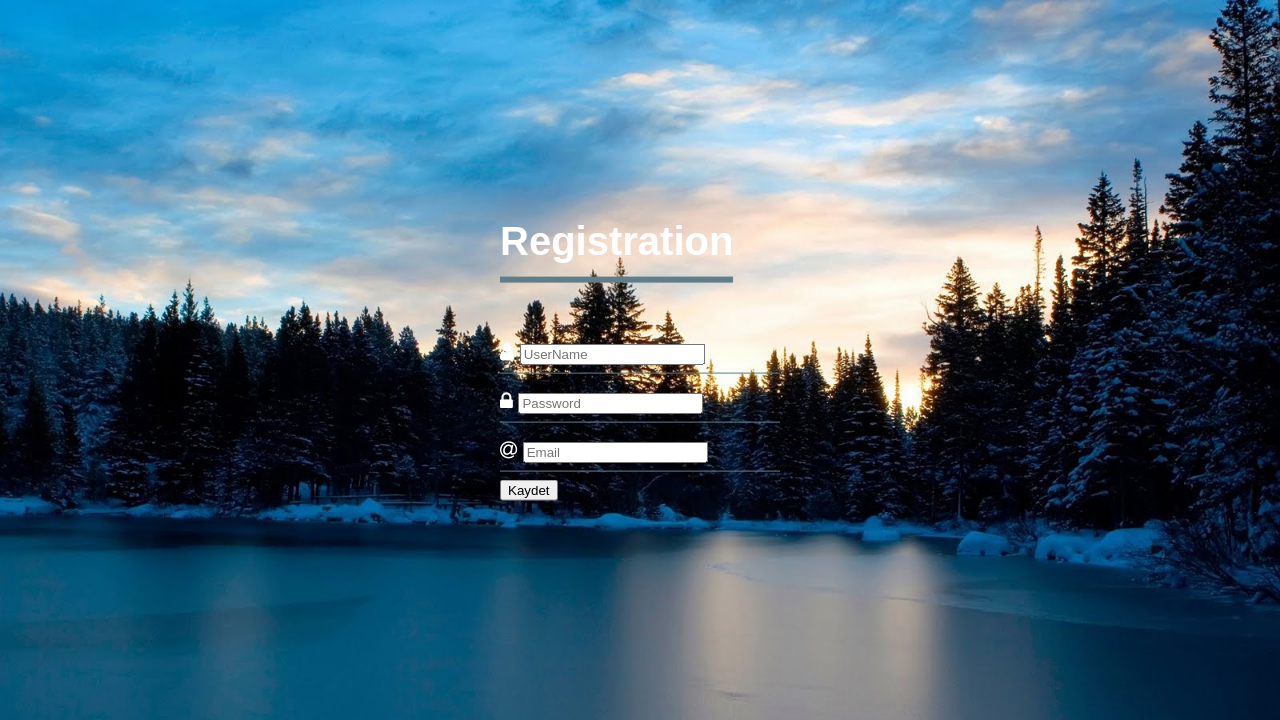
Repository: Berilinanir/Login-Logout-System
Page: Loginn/WebContent/registration.html
The author's editor kept a copy of each file at every save. The page is drawn from the files as they stood at one save, then again after the next save.
The browser window is 1280 px wide. The pictures show the whole page.

Above is the page before, as saved 2018-10-13 09:55:09.

### Loginn/WebContent/registration.html
<!DOCTYPE html>
<html>
<head>
<meta charset="ISO-8859-1">
<title>Insert title here</title>





<link rel="stylesheet" type="text/css" href="style.css">

</head>

<body >

  <form method="post" action="Main">

  <div class="registration-box">

  <h1>Registration</h1>

  <div class="textbox">

     <i class="fa fa-user" aria-hidden="true" ></i>

          <input type="text" placeholder="UserName"  name="" value="">
  </div>


   <div class="textbox">

     <i class="fa fa-lock" aria-hidden="true"></i>

         <input  type="password" placeholder="Password" name="" value="">

   </div>

  <div class="textbox">

      <i class="fa fa-at" aria-hidden="true"></i>

   <input type="email" placeholder="Email" name="" value="">

  </div>

  <input class="btn" type="button"  name="" value="Kaydet">
<pre>

</pre>
</form>
 </div>
</body>
</html>

### Loginn/WebContent/style.css
@charset "UTF-8";

@import "https://stackpath.bootstrapcdn.com/font-awesome/4.7.0/css/font-awesome.min.css";


body{

	margin:0;
	padding:0;
	font-family:sans-serif;
	background:url("resim2.jpg") no-repeat;
	background-size:cover;

}

.registration-box{

	  width:280px;
	  position:absolute;
	  top:50%;
	  left:50%;
	  transform:translate(-50%,-50%);
	  color:white;

}

.registration-box h1{

	float:left;
	font-size:40px;
	border-bottom:6px solid #607d8b;
	margin-bottom:50px;
	padding:13px 0

}

.textbox{

	width:100%;
	overflow:hidden;
	font-size:20px;
	padding:8px 0;
	margin:8px 0;
	border-bottom:1px solid #607d8b;
}

After the next save:
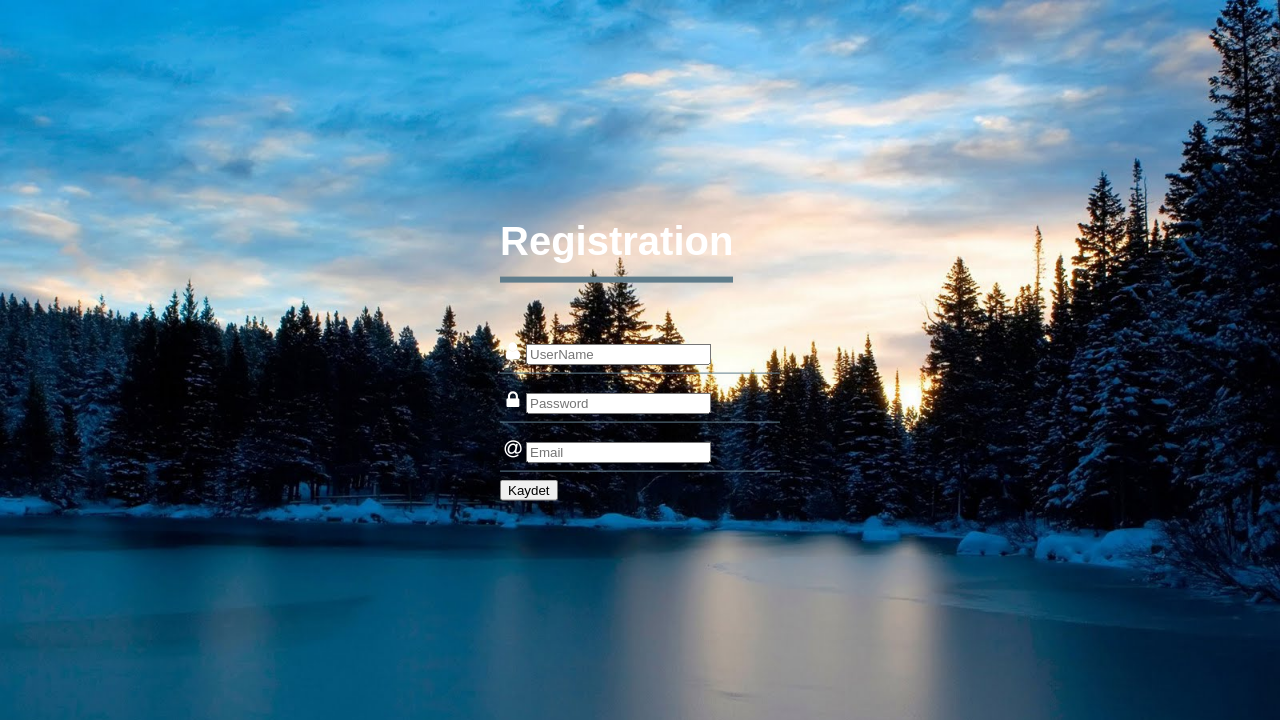
Saved 2 min 17 s later.
--- a/Loginn/WebContent/style.css
+++ b/Loginn/WebContent/style.css
@@ -43,3 +43,11 @@ body{
 	margin:8px 0;
 	border-bottom:1px solid #607d8b;
 }
+
+.textbox i{
+
+	width:26px;
+	float:left;
+	text-align:center;
+
+}
